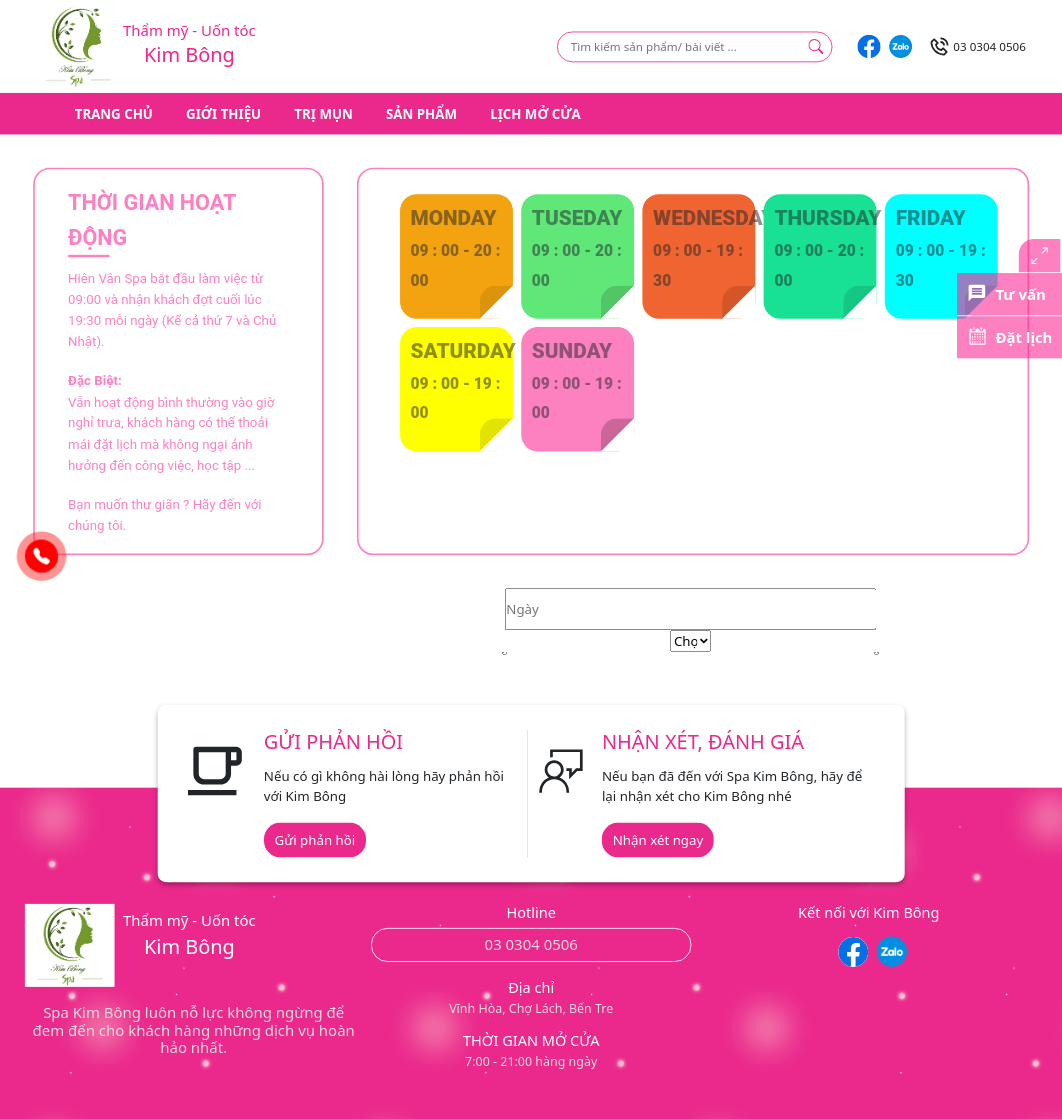
Repository: tranduykhuong/SpaKimBong
Page: /calendar
These files come from the project's save history. The page is drawn as it stood at one moment and after the next save; the edit follows.
The browser window is 1280 px wide. The pictures show the whole page, at 83% of full size.
The project was rebuilt for these pictures with package versions that can differ from the ones it lists, and the page was loaded fresh each time. Also part of the build but not shown: src/components/Banner/banner.scss, src/components/Banner/Banner.js, src/pages/Home/home.scss, src/pages/Home/ListImage/listImage.scss, src/pages/Home/ListImage/ListImage.js, src/pages/Home/BookOnline/bookOnl.scss, src/pages/Home/BookOnline/Modal/ModalBook/modalbook.scss, src/pages/Home/BookOnline/Modal/ModalBook/modalbook.js and 24 more.

Above is the page before, as saved 2022-06-07 22:36:11.

After the next save:
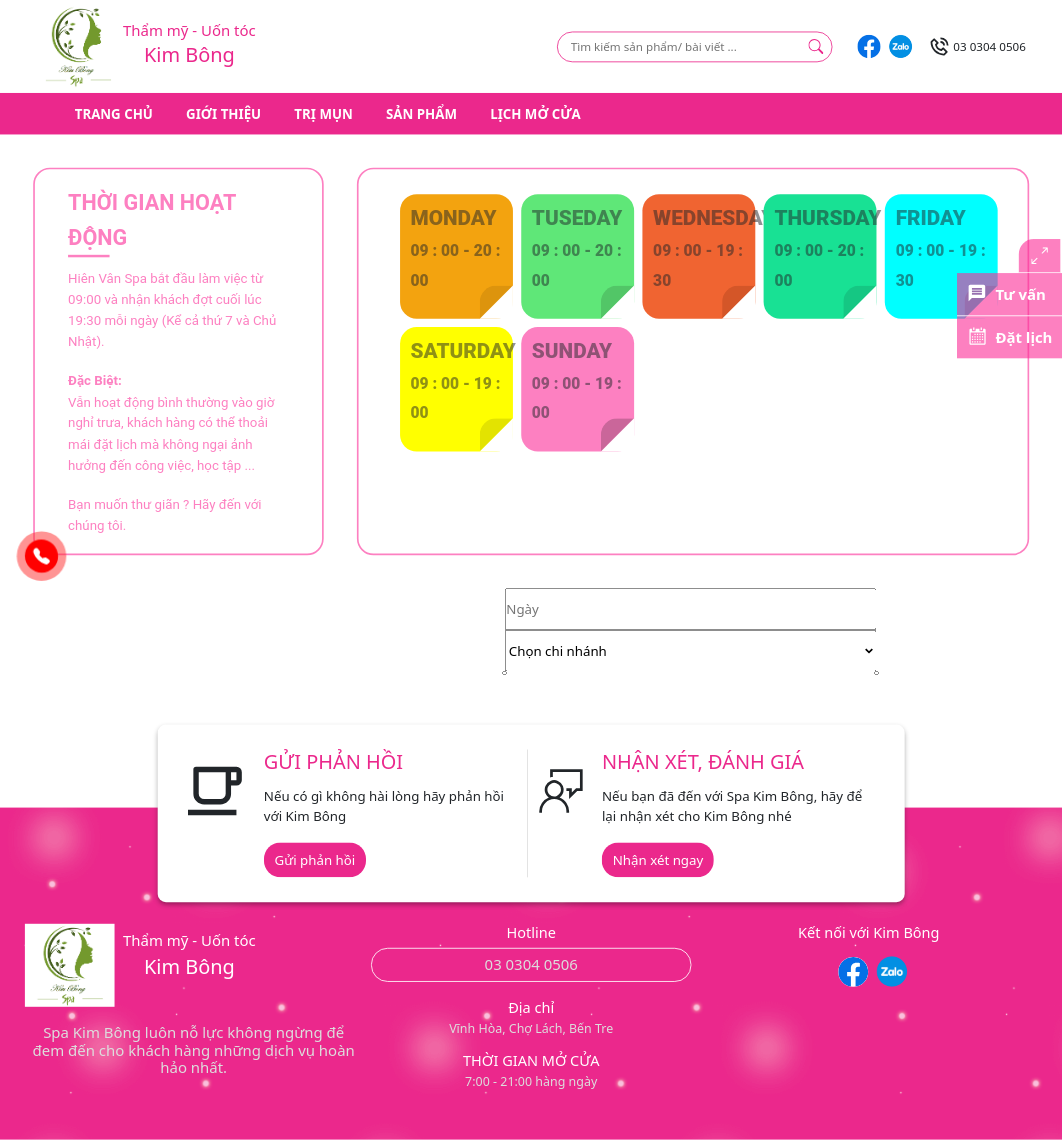
Saved 105 s later.
--- a/src/pages/Calendar/calendar.scss
+++ b/src/pages/Calendar/calendar.scss
@@ -317,7 +317,7 @@
           select{
             font-size: 16px;
             width: 50%;
-            width: 5rem;
+            height: 5rem;
           }
         }
 
